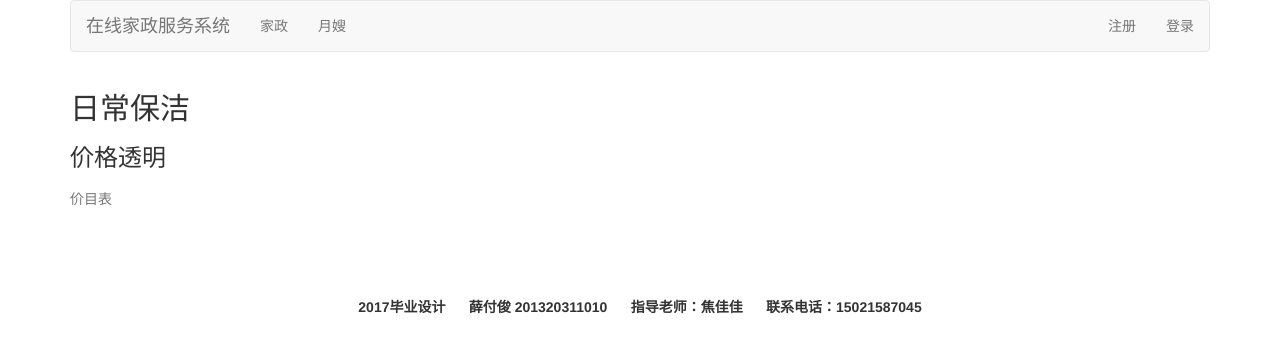
Repository: ELeonCXFJ/MyEclipseWS
Page: http://localhost/MyWeb/jsps/product/keeper/dailywork.jsp
The author's editor kept a copy of each file at every save. The page is drawn from the files as they stood at one save, then again after the next save.
The browser window is 1280 px wide. The pictures show the whole page.
The page is served by Tomcat 9. Nobody is signed in. The application's start-up code is not run. Other server files are loaded and not shown.

Above is the page before, as saved 2017-03-21 04:22:18.

### MyWeb/WebRoot/jsps/product/keeper/dailywork.jsp
<%@ page trimDirectiveWhitespaces="true" language="java" import="java.util.*" pageEncoding="UTF-8"%>
<%@ taglib prefix="c" uri="http://java.sun.com/jsp/jstl/core" %>

<!DOCTYPE html>
<html>
<head>
   <meta charset="utf-8">
   <title>日常保洁</title>
   <script src="<c:url value='/vendor/jquery/jquery.min.js'/>"></script>
   <script src="<c:url value='/vendor/bootstrap/js/bootstrap.min.js'/>"></script>
   <link rel="stylesheet" href="<c:url value='/vendor/bootstrap/css/bootstrap.min.css'/>" />

</head>
<body>

<div class="container">
	<div class="row clearfix">
	<c:import url="/top.jsp" />

		<div class="col-lg-12 col-md-12 col-xs-12 col-sm-12">
			<h2>日常保洁</h2>
			<h3>价格透明</h3>
			<table class="table table-bordered">
				<caption>价目表</caption>

			</table>
		</div>

	</div>
</div>	<!-- container -->
	<c:import url="/bottom.jsp"></c:import>
</body>
</html>

### MyWeb/WebRoot/top.jsp
<%@ page language="java" import="java.util.*" pageEncoding="UTF-8"%>
<%@ taglib prefix="c" uri="http://java.sun.com/jsp/jstl/core" %>

<!DOCTYPE html>
<html>
<head>
   <meta charset="utf-8">
   <title>导航栏</title>
</head>
<body>

<div class="container" align="center">
	<div class="row clearfix">
		<div class="col-lg-12 col-md-12 col-xs-12 col-sm-12">
			<nav class="navbar navbar-default" role="navigation">
				<div class="navbar-header">
					 <button type="button" class="navbar-toggle" data-toggle="collapse" data-target="#bs-example-navbar-collapse-1"> <span class="sr-only">Toggle navigation</span><span class="icon-bar"></span><span class="icon-bar"></span><span class="icon-bar"></span></button> <a class="navbar-brand" href="<c:url value='/index.jsp'/>">在线家政服务系统</a>
				</div>
				<div class="collapse navbar-collapse" id="bs-example-navbar-collapse-1">
					<ul class="nav navbar-nav">
						<li >
							 <a href="#">家政</a>
						</li>
						<li>
							 <a href="#">月嫂</a>
						</li>
					</ul>
					<ul class="nav navbar-nav navbar-right">
					<c:choose>
						<c:when test="${empty sessionScope.sessionUser }">
							<li>
								 <a href="<c:url value='/jsps/user/register.jsp'/>">注册</a>
							</li>
							<li>
								<a href="<c:url value='/jsps/user/login.jsp' />">登录</a>
							</li>
						</c:when>

						<c:otherwise>
							<li>
								 <a href="<c:url value='/OrderServlet?method=getMyOrder'/>">我的订单</a>
							</li>
							<li>
								 <a href="<c:url value='/jsps/user/pwd.jsp'/>">修改密码</a>
							</li>
							<li>
								 <a href="#">购物车</a>
							</li>
							<li>
								<a href="<c:url value="/UserServlet?method=exit"/>">退出</a>
							</li>
						</c:otherwise>
					</c:choose>
					</ul>
				</div>
			</nav>
		</div>
	</div>
</div>
</body>

### MyWeb/WebRoot/bottom.jsp
<%@ page language="java" import="java.util.*" pageEncoding="UTF-8"%>
<%@ taglib prefix="c" uri="http://java.sun.com/jsp/jstl/core" %>

<!DOCTYPE html>
<html>
<head>
   <meta charset="utf-8">
   <title>页脚</title>
   <link rel="stylesheet" href="./vendor/bootstrap/css/bootstrap.min.css">
   <script src="./vendor/bootstrap/js/bootstrap.min.js"></script>
</head>
<body>

	<div align="center">
		<label for=“bottom"></br></br></br>2017毕业设计&nbsp;&nbsp;&nbsp;&nbsp;&nbsp;&nbsp;薛付俊 201320311010&nbsp;&nbsp;&nbsp;&nbsp;&nbsp;&nbsp;指导老师：焦佳佳&nbsp;&nbsp;&nbsp;&nbsp;&nbsp;&nbsp;联系电话：15021587045</label>
	</div>
	<div style="display:none;">
		<label for="hide">bootstrapvalidator引用自：https://github.com/nghuuphuoc/bootstrapvalidator</label>
	</div>
</body>

After the next save:
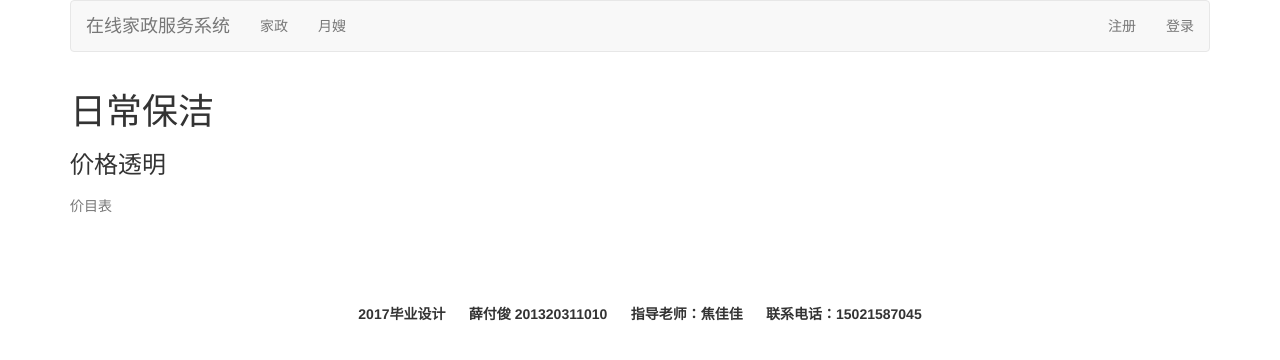
Saved 8 s later.
--- a/MyWeb/WebRoot/jsps/product/keeper/dailywork.jsp
+++ b/MyWeb/WebRoot/jsps/product/keeper/dailywork.jsp
@@ -18,7 +18,7 @@
 	<c:import url="/top.jsp" />
 
 		<div class="col-lg-12 col-md-12 col-xs-12 col-sm-12">
-			<h2>日常保洁</h2>
+			<h1>日常保洁</h1>
 			<h3>价格透明</h3>
 			<table class="table table-bordered">
 				<caption>价目表</caption>

After the save that followed:
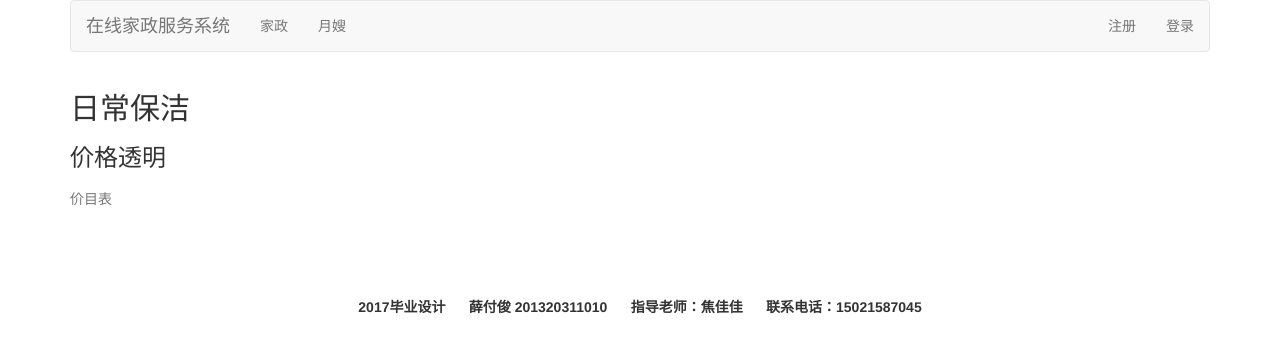
Saved 12 s later.
--- a/MyWeb/WebRoot/jsps/product/keeper/dailywork.jsp
+++ b/MyWeb/WebRoot/jsps/product/keeper/dailywork.jsp
@@ -18,7 +18,7 @@
 	<c:import url="/top.jsp" />
 
 		<div class="col-lg-12 col-md-12 col-xs-12 col-sm-12">
-			<h1>日常保洁</h1>
+			<h2>日常保洁</h2>
 			<h3>价格透明</h3>
 			<table class="table table-bordered">
 				<caption>价目表</caption>
